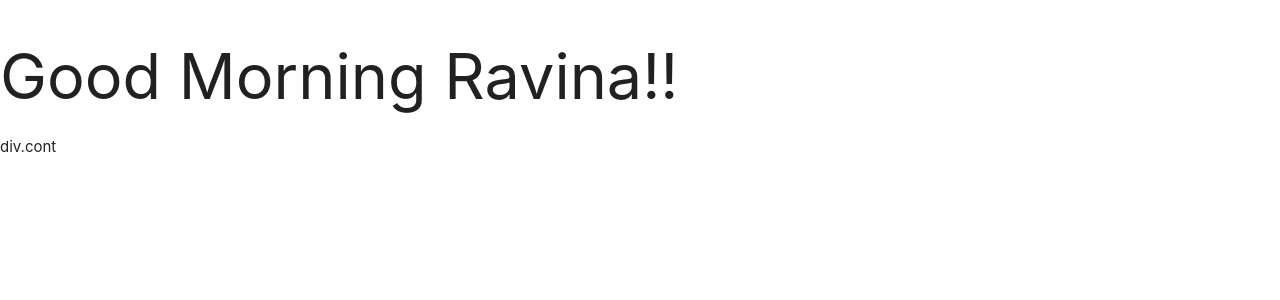
Repository: RavinakS/signup-page-html-js
Page: index.html
An editor plug-in stored every save of this project. The page is shown before and after the next save, followed by the edit.
The browser window is 1280 px wide. The pictures show the whole page.

Above is the page before, as saved 2021-12-13 11:09:06.

### index.html
<!DOCTYPE html>
<html lang="en">
<head>
    <meta charset="UTF-8">
    <meta http-equiv="X-UA-Compatible" content="IE=edge">
    <meta name="viewport" content="width=device-width, initial-scale=1.0">

    <title>Document</title>
    <link rel="stylesheet" href="https://cdnjs.cloudflare.com/ajax/libs/materialize/1.0.0/css/materialize.min.css">
    <script src="https://cdnjs.cloudflare.com/ajax/libs/materialize/1.0.0/js/materialize.min.js"></script>

</head>
<body>
    <h1>Good Morning Ravina!!</h1>
    div.cont
</body>
</html>

After the next save:
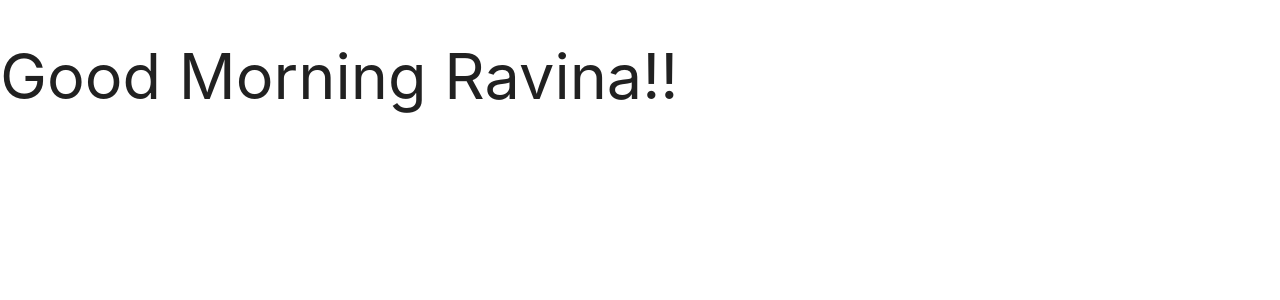
Saved 8 s later.
--- a/index.html
+++ b/index.html
@@ -12,6 +12,6 @@
 </head>
 <body>
     <h1>Good Morning Ravina!!</h1>
-    div.cont
+    <div class="container"></div>
 </body>
 </html>
